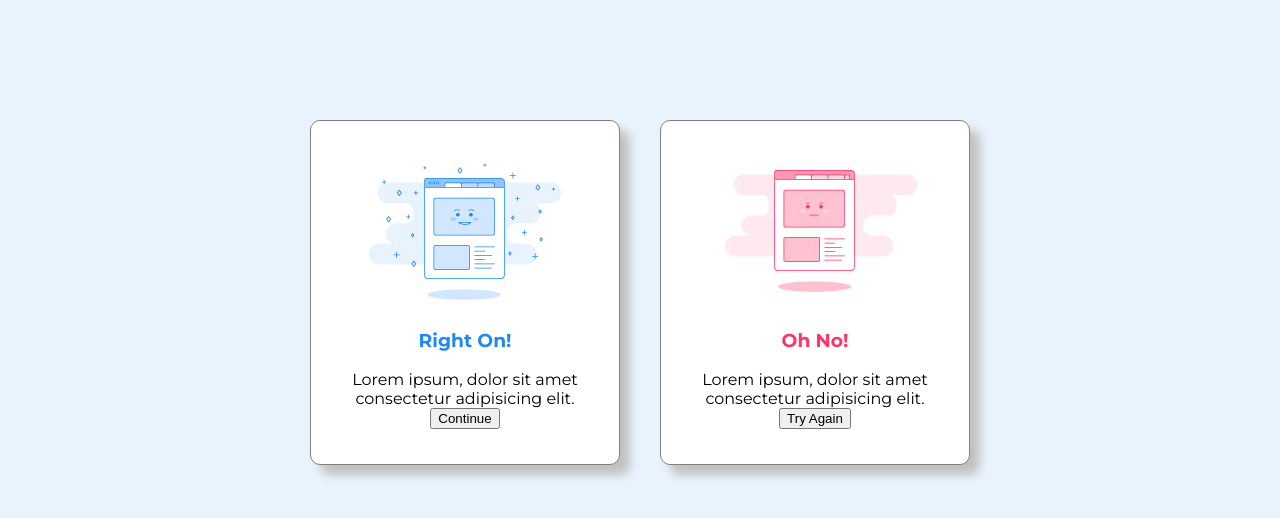
Repository: giahuy405/flash_message_BEM
Page: index.html
The author's editor kept a copy of each file at every save. The page is drawn from the files as they stood at one save, then again after the next save.
The browser window is 1280 px wide. The pictures show the whole page.

Above is the page before, as saved 2022-09-06 02:37:11.

After the next save:
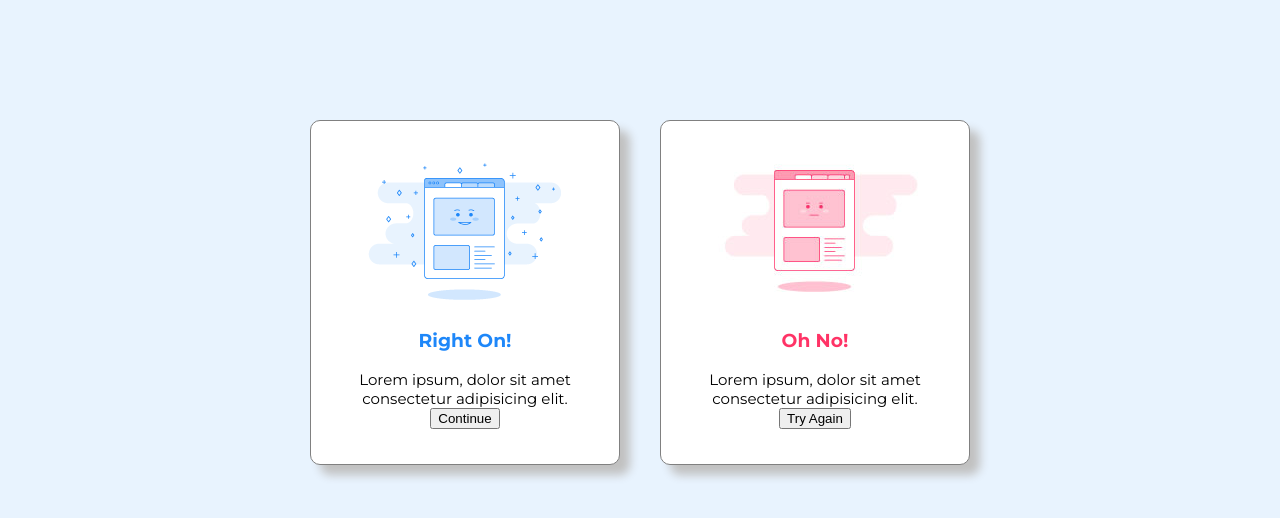
Saved 30 s later.
--- a/css/index.css
+++ b/css/index.css
@@ -35,3 +35,7 @@ body{
 .flash-message__title--pink{
     color: #ff3366;
 }
+.flash-message__desc{
+    font-size: 15px;
+
+}
